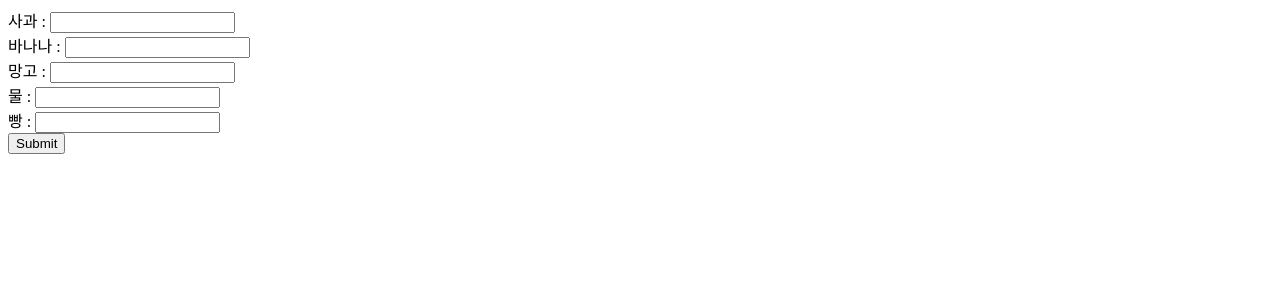
Repository: gowjd4419/jsp
Page: http://localhost/JSPBasic/jspobject/request/req_form.jsp
These files come from the project's save history. The page is drawn as it stood at one moment and after the next save; the edit follows.
The browser window is 1280 px wide. The pictures show the whole page.
The page is served by Tomcat 9.

Above is the page before, as saved 2022-03-24 12:12:11.

### JSPBasic/src/main/webapp/jspobject/request/req_form.jsp
<%@ page language="java" contentType="text/html; charset=UTF-8"
    pageEncoding="UTF-8"%>
<!DOCTYPE html>
<html>
<head>
<meta charset="UTF-8">
<title>Insert title here</title>
</head>
<body>
      <!--  form태그는 action="목적지" method="전달방식"(get,post)를 기입해 데이터를 전달하는 태그이다.
      여닫는 부분 사이에 input 태그를 이용해 보낼 데이터 양식을 지정할 수 있다. -->
      <!-- http데이터들을 스크립트로 변환해줌 -->
      <form action="http://localhost:8181/JSPBasic/jspobject/request/req_param.jsp" method="get">
          <!-- input태그는 text(단순문자), password(비밀번호), submit(전송버튼)등을 많이 사용한다. -->
          사과 : <input type = "text" name="apple"><br><!-- name목적지 어떤이름으로 보낼것인가 -->
          바나나 : <input type = "text" name="banana"><br>
          망고 : <input type = "text" name="mango"><br>
          물 : <input type = "text" name="water"><br>
          빵 : <input type = "text" name="bread"><br>
          <input type="submit"> <!-- form이 더 사용하기 편함-->
      </form>
</body>
</html>

After the next save:
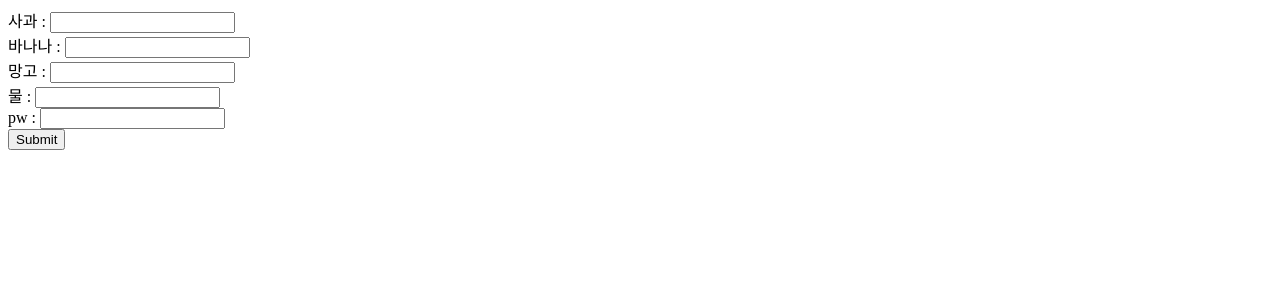
Saved 25 s later.
--- a/JSPBasic/src/main/webapp/jspobject/request/req_form.jsp
+++ b/JSPBasic/src/main/webapp/jspobject/request/req_form.jsp
@@ -16,7 +16,7 @@
           바나나 : <input type = "text" name="banana"><br>
           망고 : <input type = "text" name="mango"><br>
           물 : <input type = "text" name="water"><br>
-          빵 : <input type = "text" name="bread"><br>
+          pw : <input type = "text" name="pw"><br>
           <input type="submit"> <!-- form이 더 사용하기 편함-->
       </form>
 </body>
